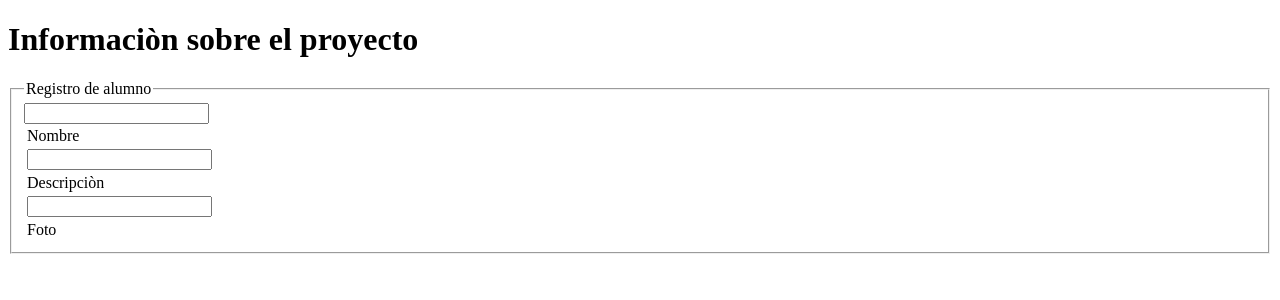
Repository: hoscanoa/Clases-LPII
Page: LPIISemana01/LPII-Semana01/WebContent/inicio.html
An editor plug-in stored every save of this project. The page is shown before and after a run of saves, followed by the edit.
The browser window is 1280 px wide. The pictures show the whole page.

Above is the page before, as saved 2014-09-18 22:00:14.

After the next 2 saves:
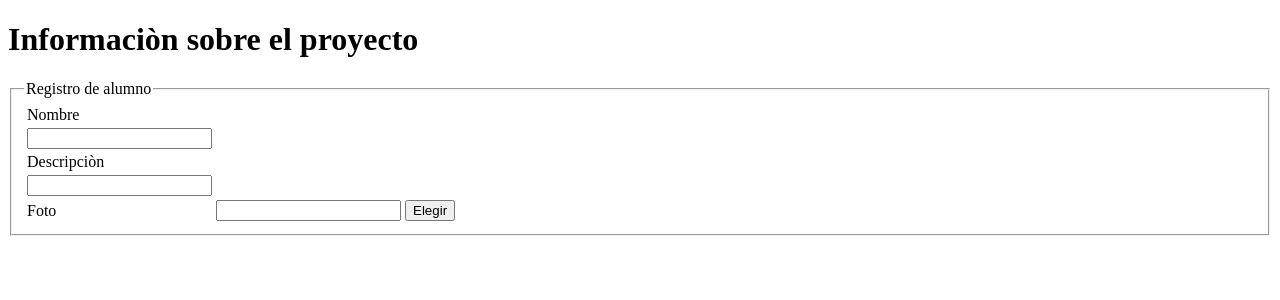
The 2 saves are shown as one change because they came seconds apart.
The last was saved 50 s later.
--- a/LPIISemana01/LPII-Semana01/WebContent/inicio.html
+++ b/LPIISemana01/LPII-Semana01/WebContent/inicio.html
@@ -11,22 +11,27 @@
 			<legend>Registro de alumno</legend>
 			<table>
 				<tr>
-				<td>Nombre</td>
+					<td>Nombre</td>
 				</tr>
 				<tr>
-					<td><input type="text" name="nombre"></td>
+					<td><input type="text" name="nombre">
+					</td>
 				</tr>
 				<tr>
-				<td>Descripciòn</td>
+					<td>Descripciòn</td>
 				</tr>
 				<tr>
-					<td><input type="text" name="descripcion"></td>
+					<td><input type="text" name="descripcion">
+					</td>
 				</tr>
 
 				<tr>
-				<td>Foto</td>
+					<td>Foto</td>
 
-					<input type="text" name="descripcion">
+					<td><input type="text" name="descripcion">
+					</td>
+					<td><input type="button" value="Elegir">
+					</td>
 				</tr>
 
 			</table>
